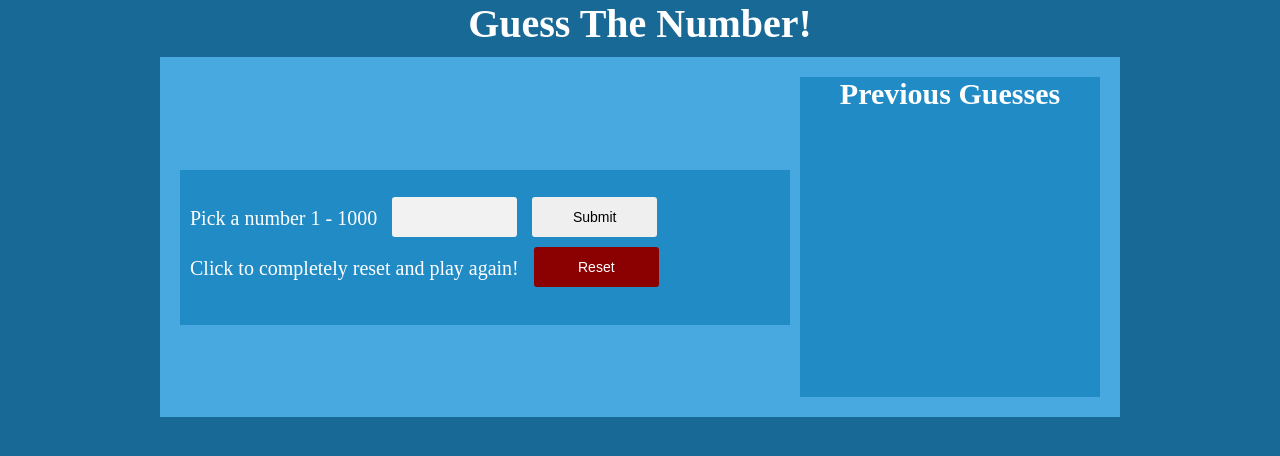
Repository: mlmEFSC21/P14-Guessing-Game
Page: guess.html
The author's editor kept a copy of each file at every save. The page is drawn from the files as they stood at one save, then again after the next save.
The browser window is 1280 px wide. The pictures show the whole page.

Above is the page before, as saved 2022-03-19 14:13:41.

### guess.html
<!DOCTYPE html>
<html lang="en">
    <head>
        <meta charset="UTF-8" />
        <meta http-equiv="X-UA-Compatible" content="IE=edge" />
        <meta name="viewport" content="width=device-width, initial-scale=1.0" />
        <link rel="stylesheet" href="guess.css" />
        <script src="guess.js" defer></script>
        <title>Guessing Game</title>
    </head>
    <body>
        <header>
            <h1 class="pageTitle">Guess The Number!</h1>
        </header>
        <section>
            <div class="gameContainer" id="container">
                <div class="results" id="results">
                    <form action="#" class="inputForm">
                        <label for="guessInput">Pick a number 1 - 1000</label>
                        <input
                            type="text"
                            required
                            name="guessInput"
                            class="guessInput"
                            id="guessInput"
                        />
                        <button type="submit" class="submitBtn" id="submitBtn">Submit</button>
                        <label for="resetBtn">Click to completely reset and play again!</label>
                        <button type="reset" class="resetBtn" id="resetBtn" name="Reset">
                            Reset
                        </button>
                    </form>
                </div>
                <div class="guessesContainer" id="guessesContainer">
                    <h2>Previous Guesses</h2>
                    <ul class="guesses" id="guessList"></ul>
                </div>
            </div>
        </section>
    </body>
</html>

### guess.css
:root {
    --clr-primary: #218bc6;
    --clr-secondary: #48a9e0;
    --clr-tertiary: #196996;
}

*,
*::after,
*::before {
    box-sizing: border-box;
    margin: 0;
    padding: 0;
}
body {
    background-color: var(--clr-tertiary);
    color: white;
    font-size: 1.25rem;
}
.pageTitle {
    text-align: center;
}
.gameContainer {
    background-color: var(--clr-secondary);
    display: grid;
    max-width: 960px;
    height: 50vh;
    margin: 10px auto;
    padding: 20px;
    grid-template-columns: repeat(3, 1fr);
    grid-template-rows: repeat(4, 1fr);
    grid-auto-rows: minmax(200px, auto);
    gap: 10px;
    align-items: start;
    justify-content: center;
}
.results {
    background-color: var(--clr-primary);
    display: flex;
    flex-direction: column-reverse;
    margin: 10px auto;
    padding: 10px;
    grid-column: 1/3;
    grid-row: 2 / 4;
    height: 100%;
    justify-content: center;
    align-items: center;
}
.inputForm {
    display: flex;
    flex-wrap: wrap;
}
label {
    margin-right: 15px;
    margin-block: 10px;
}
input {
    border: none;
    -webkit-appearance: none;
    -ms-appearance: none;
    -moz-appearance: none;
    appearance: none;
    background: #f2f2f2;
    padding: 12px;
    border-radius: 3px;
    width: 125px;
    height: 40px;
    outline: none;
    font-size: 14px;
}
.guessInput {
}
button {
    border: none;
    margin-bottom: 10px;
    padding: 12px;
    border-radius: 3px;
    width: 125px;
    height: 40px;
    outline: none;
    font-size: 14px;
}
.submitBtn {
    margin-left: 15px;
}
.resetBtn {
    background: darkred;
    color: white;
}
.resetBtn:hover {
    background: red;
}
.guessesContainer {
    background-color: var(--clr-primary);
    display: flex;
    flex-direction: column;
    height: 100%;
    grid-row: 1 / 5;
    align-items: center;
}

### guess.js
let randomNumber = Math.floor(Math.random() * 1000 + 1);
let guesses = [];

const guessInput = document.getElementById("guessInput");
const resultsDiv = document.getElementById("results");
const submitButton = document.getElementById("submitBtn");
const resetButton = document.getElementById("resetBtn");
const p = document.createElement("p");
const ul = document.getElementById("guessList");
const li = document.createElement("li");
const guessesContainer = document.getElementById("guessesContainer");
const h3 = document.createElement("h3");

//checks to see if the guess is higher, lower, or equal to
function checkGuess() {
    const currentGuess = Number(guessInput.value);
    if (currentGuess == randomNumber) {
        guesses.push(currentGuess);
        p.innerText = "Congratulations! You guessed the number!";
        resultsDiv.append(p);
        countGuesses();
    }
    if (currentGuess < randomNumber) {
        guesses.push(currentGuess);
        p.innerText = "Too low. Try again!";
        resultsDiv.append(p);
        trackGuesses();
    }
    if (currentGuess > randomNumber) {
        guesses.push(currentGuess);
        p.innerText = "Too high. Try again!";
        resultsDiv.append(p);
        trackGuesses();
    }
}
//tracks previous guess in a <ul>. Removes <li> and populates from guesses[] each time.
function trackGuesses() {
    while (ul.hasChildNodes()) {
        ul.removeChild(ul.firstChild);
    }
    for (i = 0; i <= guesses.length - 1; i++) {
        let li = document.createElement("li");
        li.innerText = guesses[i];
        ul.appendChild(li);
    }
}

//counts how many guesses. Uses array length.
function countGuesses() {
    let numOfGuesses = guesses.length;
    h3.innerText = `It took you ${numOfGuesses} guesses!`;
    guessesContainer.append(h3);
}
// creates a new random number for replay
function newRNG() {
    randomNumber = Math.floor(Math.random() * 10 + 1);
}
//resets the game completely.
function resetGame() {
    p.innerText = "";
    resultsDiv.append(p);
    while (ul.hasChildNodes()) {
        ul.removeChild(ul.firstChild);
    }
    h3.remove();
    // guessesContainer.removeChild(h3);
    guesses = [];
    newRNG();
    console.log(randomNumber);
}

submitButton.addEventListener("click", checkGuess);
resetButton.addEventListener("click", resetGame);
//logging random number for debugging. DELETE LATER
console.log(randomNumber);
console.log(guesses);

After the next save:
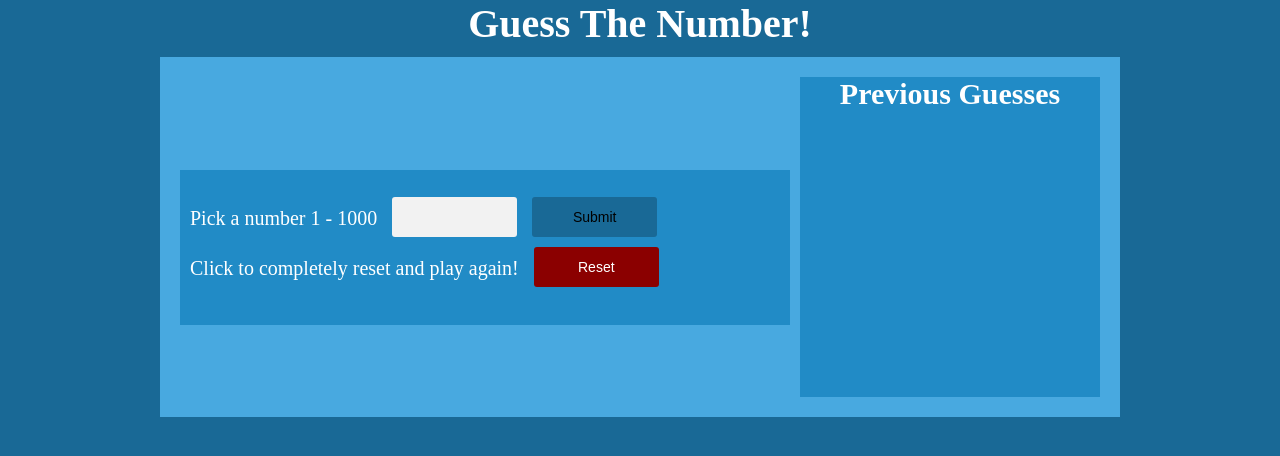
Saved 20 s later.
--- a/guess.css
+++ b/guess.css
@@ -80,6 +80,7 @@ button {
     font-size: 14px;
 }
 .submitBtn {
+    background: var(--clr-tertiary);
     margin-left: 15px;
 }
 .resetBtn {
